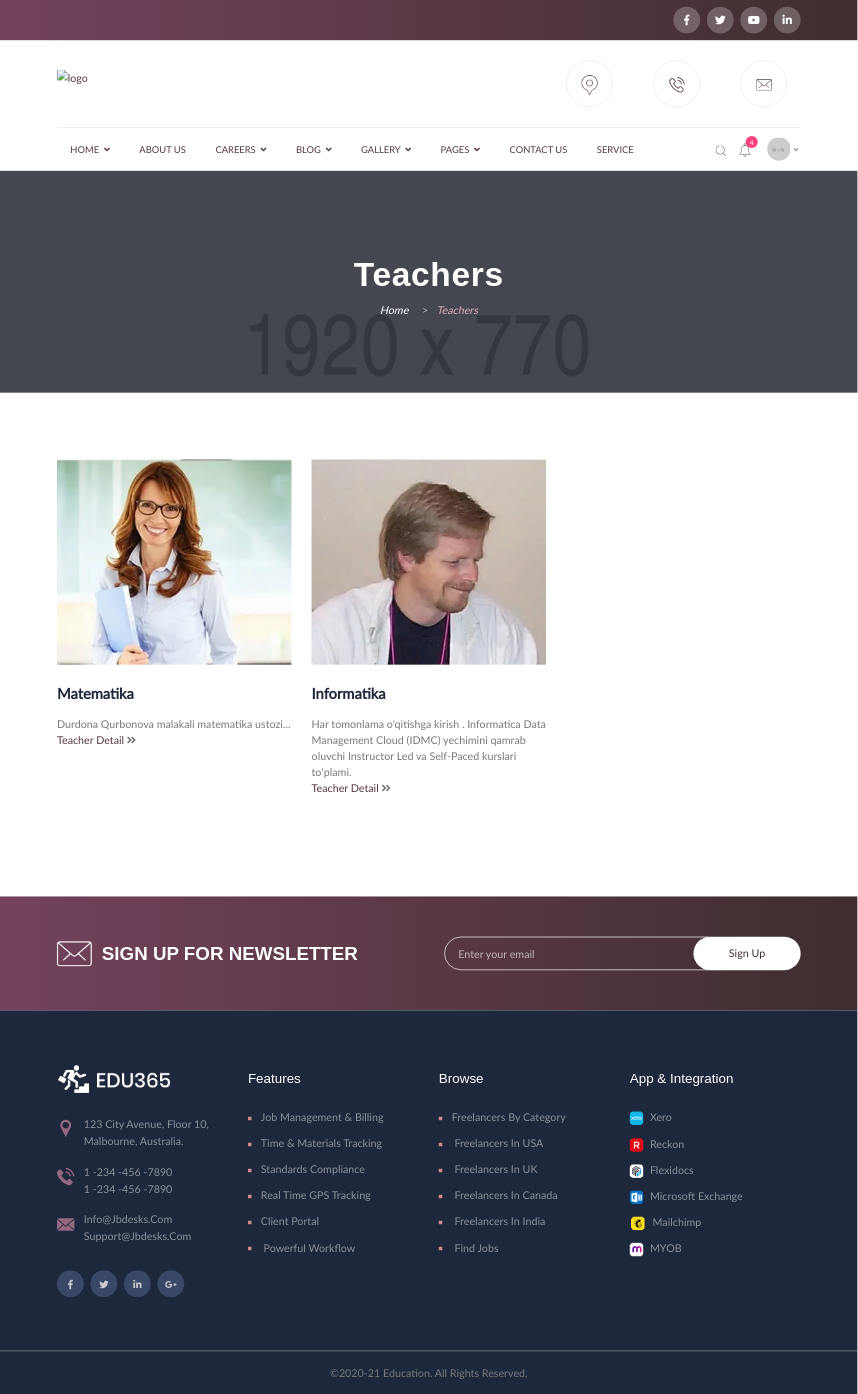
Repository: maqsudov0371/vazifa7oy10dars
Page: http://localhost/teachers/
These files come from the project's save history. The page is drawn as it stood at one moment and after a run of saves; the edit follows.
The browser window is 1280 px wide. The pictures show the whole page, at 67% of full size.
Some web fonts or font styles are not loaded; a fallback is used. The page is served by the project's application, run on Django 4.2 (manage.py). Other server files are loaded and not shown. The page reads the database file committed with the project.

Above is the page before, as saved 2024-09-11 19:54:55.
Console error: TypeError: Cannot read properties of undefined (reading 'left')

### main/templates/main/teachers.html
{% extends 'base.html' %}

{% block slider %}
{% endblock slider %}

{% block content %}
    <!-- inner header wrapper start -->
    <div class="page_title_section float_left">
        <div class="page_header">
            <div class="container">
                <div class="row">
                    <!-- section_heading start -->
                    <div class="col-lg-12 col-md-12 col-12 col-sm-12">
                        <h1>Teachers</h1>
                    </div>
                    <div class="col-lg-12 col-md-12 col-12 col-sm-12">
                        <div class="sub_title_section">
                            <ul class="sub_title">
                                <li><a href="{% url 'main:home' %}">Home</a> &nbsp;&nbsp;&nbsp; &gt; &nbsp;&nbsp;</li>
                                <li>Teachers</li>
                            </ul>
                        </div>
                    </div>
                </div>
            </div>
        </div>
    </div>
    <!-- inner header wrapper end -->

    <!-- blog wrapper start -->
    <div class="blog_wrapper float_left">
        <div class="container">
            <div class="row">
                <div class="col-xl-8 col-lg-8 col-md-12 col-sm-12 col-xs-12">
                    <div class="row">
                        {% for teacher in teachers %}


                        <div class="col-md-6">
                            <div class="blog-post-wrapper iner_blog">
                                <div class="post-thumbnail">
                                    <img src="{{ teacher.image.url }}" class="img-responsive" alt="Image">
                                </div>
                                <div class="blog-content edu_service_header">
                                    <header class="entry-header">
                                        <h4 class="entry-title edu_service_heading">
                                            <a href="#">{{ teacher.title }}</a>
                                        </h4>
                                    </header>
                                    <div class="entry-content">
                                        <p>{{ teacher.description|truncatewords:20 }}</p>
                                    </div>
                                    <a href="{% url 'main:teacher_detail' pk=teacher.pk %}">Teacher Detail</a>
                                    <i class="fa fa-angle-double-right" aria-hidden="true"></i>
                                </div>
                            </div>
                        </div>
                        {% endfor %}
                    </div>
                </div>

                <!-- Sidebar -->

            </div>
        </div>
    </div>
    <!-- blog wrapper end -->

    <!-- edu letter wrapper Start -->
    <div class="edu_letter_main_wrapper float_left">
        <div class="container">
            <div class="edu_left_envo">
                <img src="images/innn.png" alt="img">
                <h3>Sign Up for Newsletter</h3>
            </div>
            <div class="edu_right_form">
                <input type="text" placeholder="Enter your email">
                <button>Sign Up</button>
            </div>
        </div>
    </div>
    <!-- edu letter wrapper End -->
{% endblock content %}

### templates/base.html
<!DOCTYPE html>
<!--
Template Name: Edu365 Education HTML
Version: 1.0.0
Author: Webstrot

-->
<!--[if IE 8]> <html lang="en" class="ie8 no-js"> <![endif]-->
<!--[if IE 9]> <html lang="en" class="ie9 no-js"> <![endif]-->
<!--[if !IE]><!-->
<html lang="zxx">
<!--[endif]-->

<head>
    <meta charset="utf-8" />
    <title>Edu365 Education HTML Template</title>
    <meta content="width=device-width, initial-scale=1.0" name="viewport" />
    <meta name="description" content="Education" />
    <meta name="keywords" content="Education" />
    <meta name="author" content="" />
    <meta name="MobileOptimized" content="320" />
    <!--Template style -->
    {% include 'components/_style.html' %}

</head>

<body>
        <div id="preloader">
        <div id="status">
            <img src="/static/images/preloader.gif" id="preloader_image" alt="loader">
        </div>
    </div>
    <!-- edu top header wrapper Start -->
        {% include 'components/header/_top_header.html' %}
    <!-- edu top header wrapper End -->

    <!-- edu logo header wrapper Start -->
        {% include 'components/header/_logo_header.html' %}
    <!-- edu logo header wrapper End -->

    <!-- edu navihation header wrapper Start -->
        {% include 'components/header/_navihation_header.html' %}
    <!-- edu navihation header wrapper End -->

        <!-- edu slider wrapper Start -->
        {% block slider %}
        {% include 'components/header/_slider.html' %}
        {% endblock slider %}
    <!-- edu slider wrapper End -->

    {% block content %}
    {% endblock content %}

     <!-- footer Wrapper Start -->
    {% include 'components/_footer.html' %}
    <!-- footer Wrapper End -->

    {% include 'components/_script.html' %}

</body>
</html>

### templates/components/_style.html
{% load static %}
<link rel="stylesheet" type="text/css" href="{% static 'css/animate.css' %}" />
<link rel="stylesheet" type="text/css" href="{% static 'css/bootstrap.min.css' %}" />
<link rel="stylesheet" type="text/css" href="{% static 'css/fonts.css' %}" />
<link rel="stylesheet" type="text/css" href="{% static 'css/font-awesome.css' %}" />
<link rel="stylesheet" type="text/css" href="{% static 'css/nice-select.css' %}" />
<link rel="stylesheet" type="text/css" href="{% static 'css/settings.css' %}" />
<link rel="stylesheet" type="text/css" href="{% static 'css/book.css' %}" />
<link rel="stylesheet" type="text/css" href="{% static 'css/swiper.css' %}" />
<link rel="stylesheet" type="text/css" href="{% static 'css/venobox.css' %}" />
<link rel="stylesheet" type="text/css" href="{% static 'css/testimonial.css' %}" />
<link rel="stylesheet" type="text/css" href="{% static 'css/flaticon.css' %}" />
<link rel="stylesheet" type="text/css" href="{% static 'css/owl.carousel.css' %}" />
<link rel="stylesheet" type="text/css" href="{% static 'css/owl.theme.default.css' %}" />
<link rel="stylesheet" type="text/css" href="{% static 'css/settings.css' %}" />
<link rel="stylesheet" type="text/css" href="{% static 'css/layers.css' %}" />
<link rel="stylesheet" type="text/css" href="{% static 'css/navigation.css' %}" />
<link rel="stylesheet" type="text/css" href="{% static 'css/style.css' %}" />
<link rel="stylesheet" type="text/css" href="{% static 'css/responsive.css' %}" />
<!--favicon-->
<link rel="shortcut icon" type="image/png" href="{% static 'images/favicon.png' %}" />

### templates/components/header/_top_header.html
<div class="edu_top_header_wrapper float_left">
        <div class="container">
            <div class="row">
                <div class="col-xl-6 col-lg-6 col-md-6 col-sm-12 col-12">
                    <div class="edu_top_header_left_wrapper">
                        <p>{{ header.message }}</p>
                    </div>
                </div>
                <div class="col-xl-6 col-lg-6 col-md-6 col-sm-12 col-12">
                    <div class="edu_top_header_right_wrapper">
                        <ul>
                            <li><a href=""><i class="fab fa-facebook-f"></i></a>
                            </li>
                            <li><a href="#"><i class="fab fa-twitter"></i></a>
                            </li>
                            <li><a target="_blank" href="https://www.youtube.com/{{ header.youtube }}"><i class="fab fa-youtube"></i></a>
                            </li>
                            <li><a href="#"><i class="fab fa-linkedin-in"></i></a>
                            </li>
                        </ul>
                    </div>
                </div>
            </div>
        </div>
    </div>

### templates/components/header/_logo_header.html
<div class="edu_logo_header_wrapper float_left">
        <div class="container">
            <div class="row">
                <div class="col-md-12">
                    <div class="edu_border_line">
                        <div class="row">
                            <div class="col-md-3">
                                <div class="edu_logo_main_wrapper">
                                    <a href="index.html">
                                        <img src="{{ header.logo.url }}" alt="logo">
                                    </a>
                                </div>
                            </div>
                            <div class="col-md-9 d-none d-sm-none d-md-block">
                                <div class="lv_share_info_wrapper">
                                    <ul>
                                        <li>
                                            <div class="lv_header_icon">
                                                <img src="/static/images/pin.png" alt="Map Icon" title="Map Icon">
                                            </div>
                                            <p>{{ header.address }}</p>
                                        </li>
                                        <li>
                                            <div class="lv_header_icon">
                                                <img src="/static/images/phone.png" alt="Call Icon" title="Call Icon">
                                            </div>
                                            <p>{{ header.phone1 }}
                                                <br>{{ header.phone2 }}</p>
                                        </li>
                                        <li>
                                            <div class="lv_header_icon">
                                                <img src="/static/images/env.png" alt="Mail Icon" title="Mail Icon">
                                            </div>
                                            <p> <a href="#">{{ header.email1 }}</a>
                                                <br> <a href="#">{{ header.email2 }}</a>
                                            </p>
                                        </li>
                                    </ul>
                                </div>
                            </div>
                        </div>
                    </div>
                </div>
            </div>
        </div>
    </div>
    <a id="back2Top" title="Back to top" href="#">&#10148;</a>

### main/models.py
from django.db import models
from django.contrib.auth.models import AbstractUser, User
from django.urls import reverse
from django.core.validators import FileExtensionValidator
from PIL import Image
from django.db import models



# Create your models here.

class User(AbstractUser):
    phone = models.CharField(max_length=13, blank=True,  db_index=True)
    auth_code = models.CharField(max_length=6, blank=True)

    # def get_absolute_url(self):
    #     print(self)
    #     return reverse("main:account", kwargs={"id": self.id})

    def __str__(self) -> str:
        return f"{self.username}"


class Category(models.Model):
    title = models.CharField(max_length=15)

    def __str__(self) -> str:
        return f"{self.title}"


class Tag(models.Model):
    title = models.CharField(max_length=15)

    def __str__(self) -> str:
        return f"{self.title}"




class Course(models.Model):
    LANGUAGES = (
        ('uz', 'O\'zbekcha'),
        ('ru', 'Ruscha'),
        ('en', 'Inglizcha'),
    )
    title = models.CharField(max_length=100)
    slug = models.SlugField(max_length=255, unique=True, blank=True)
    description = models.TextField()
    duration = models.DurationField(blank=True)
    price = models.DecimalField(max_digits=10, decimal_places=2)  # 100.00
    category = models.ForeignKey('Category', on_delete=models.CASCADE, related_name="courses")
    created_at = models.DateTimeField(verbose_name="Boshlanish vaqti")
    updated_at = models.DateTimeField(auto_now=True, verbose_name="Yangilanish vaqti")
    language = models.CharField(max_length=100, blank=True, choices=LANGUAGES)
    rating = models.PositiveBigIntegerField(verbose_name="Rating", default=0)
    image = models.ImageField(upload_to="images", blank=True)
    tags = models.ManyToManyField('Tag', verbose_name="tags")

    class Meta:
        ordering = ['-rating']

    def save(self, *args, **kwargs):
        # Call the parent save method to save the object
        super().save(*args, **kwargs)

        if self.image:
            img = Image.open(self.image.path)

            # Resize the image to 150x220
            img = img.resize((150, 220), Image.ANTIALIAS)
            img.save(self.image.path)


# -------------------------------------------------------------------

class Header(models.Model):
    message = models.CharField(max_length=150)
    facebook = models.CharField(max_length=30)
    twitter = models.CharField(max_length=30)
    youtube = models.CharField(max_length=30)
    linkedin = models.CharField(max_length=30)
    logo = models.ImageField(upload_to="header/logo/")
    address = models.CharField(max_length=150)
    phone1 = models.CharField(max_length=15)
    phone2 = models.CharField(max_length=15)
    email1 = models.EmailField()
    email2 = models.EmailField()

    def __str__(self):
        return f"{self.message}"


class HeaderImage(models.Model):
    service = models.CharField(max_length=100)
    content = models.CharField(max_length=255)
    header = models.ForeignKey(Header, on_delete=models.CASCADE)
    image = models.ImageField(upload_to='header/images/')


class Service(models.Model):
    title = models.CharField(max_length=150)
    content = models.TextField()
    image = models.ImageField(upload_to="service/", help_text="O'lcham: 160x250 px")
    book_image = models.ImageField(upload_to="book/image/", help_text="O'lcham 371x202 px")
    created_at = models.DateTimeField(auto_now_add=True)


class ServiceBook(models.Model):
    service = models.ForeignKey(Service, on_delete=models.PROTECT)
    file = models.FileField(upload_to="book/file/", validators=[
        FileExtensionValidator(allowed_extensions=['pdf', 'doc', 'docx'])
    ])


class Teachers(models.Model):
    title = models.CharField(max_length=255)
    name = models.CharField(max_length=100)
    image = models.ImageField(upload_to="teachers/images/", help_text="O'lcham 372x325 px")
    description = models.TextField()
    age = models.PositiveIntegerField()

### config/urls.py
"""
URL configuration for config project.

The `urlpatterns` list routes URLs to views. For more information please see:
    https://docs.djangoproject.com/en/4.2/topics/http/urls/
Examples:
Function views
    1. Add an import:  from my_app import views
    2. Add a URL to urlpatterns:  path('', views.home, name='home')
Class-based views
    1. Add an import:  from other_app.views import Home
    2. Add a URL to urlpatterns:  path('', Home.as_view(), name='home')
Including another URLconf
    1. Import the include() function: from django.urls import include, path
    2. Add a URL to urlpatterns:  path('blog/', include('blog.urls'))
"""
from django.contrib import admin
from django.urls import path, include
from django.conf import settings
from django.conf.urls.static import static

urlpatterns = [
    path('admin/', admin.site.urls),
    path('', include('main.urls', namespace="main")),
]

urlpatterns += static(settings.MEDIA_URL, document_root=settings.MEDIA_ROOT)

### main/urls.py
from django.urls import path
from .views import (HomePageView, RegisterView, LoginView, CourseDetailView,
                    AddCourseView, UpdateCourseView, ServiceView, ServiceDetailView, TeacherView, TeacherDetailView)

app_name = 'main'

urlpatterns = [
    path('', HomePageView.as_view(), name="home"),
    path('register', RegisterView.as_view(), name="register"),
    path('login', LoginView.as_view(), name="kirish"),
    path('course/<str:slug>', CourseDetailView.as_view(), name="detail"),
    path('add_course', AddCourseView.as_view(), name="add_course"),
    path('course/<int:pk>/edit', UpdateCourseView.as_view(), name="update_course"),
    path('service/', ServiceView.as_view(), name="services"),
    path('service_detail/<int:pk>/', ServiceDetailView.as_view(), name='service_detail'),
    path('teachers/', TeacherView.as_view(), name='teachers'),
   path('teacher/<int:pk>/', TeacherDetailView.as_view(), name='teacher_detail'),

]

### staticfiles/css/flaticon.css
	/*
  	Flaticon icon font: Flaticon
  	Creation date: 03/07/2019 08:55
  	*/

@font-face {
  font-family: "Flaticon";
  src: url("../fonts/Flaticon.eot");
  src: url("../fonts/Flaticon.eot?#iefix") format("embedded-opentype"),
       url("../fonts/Flaticon.woff2") format("woff2"),
       url("../fonts/Flaticon.woff") format("woff"),
       url("../fonts/Flaticon.ttf") format("truetype"),
       url("../fonts/Flaticon.svg#Flaticon") format("svg");
  font-weight: normal;
  font-style: normal;
}

@media screen and (-webkit-min-device-pixel-ratio:0) {
  @font-face {
    font-family: "Flaticon";
    src: url("./Flaticon.svg#Flaticon") format("svg");
  }
}

[class^="flaticon-"]:before, [class*=" flaticon-"]:before,
[class^="flaticon-"]:after, [class*=" flaticon-"]:after {
  font-family: Flaticon;
        font-size: 20px;
font-style: normal;
margin-left: 20px;
}

.flaticon-menu:before { content: "\f100"; }
.flaticon-close-envelope:before { content: "\f101"; }
.flaticon-telephone:before { content: "\f102"; }
.flaticon-map-marker:before { content: "\f103"; }
.flaticon-plus-symbol:before { content: "\f104"; }
.flaticon-left-arrow:before { content: "\f105"; }
.flaticon-right-arrow:before { content: "\f106"; }
.flaticon-notification:before { content: "\f107"; }
.flaticon-college-graduation:before { content: "\f108"; }
.flaticon-books-stack-of-three:before { content: "\f109"; }
.flaticon-classroom:before { content: "\f10a"; }
.flaticon-kids-couple:before { content: "\f10b"; }
.flaticon-file:before { content: "\f10c"; }

### db.sqlite3 (the tables this page reads, as SQL)
CREATE TABLE "main_teachers" ("id" integer NOT NULL PRIMARY KEY AUTOINCREMENT, "title" varchar(255) NOT NULL, "name" varchar(100) NOT NULL, "image" varchar(100) NOT NULL, "description" text NOT NULL, "age" integer unsigned NOT NULL CHECK ("age" >= 0));
INSERT INTO "main_teachers" VALUES
(1, 'Matematika', 'Dildora Qurbonova', 'teachers/images/i_4.webp', 'Durdona Qurbonova malakali matematika ustozi...', 27),
(2, 'informatika', 'Asilbek Alixonov', 'teachers/images/i_7.webp', 'Har tomonlama o''qitishga kirish . Informatica Data Management Cloud (IDMC) yechimini qamrab oluvchi Instructor Led va Self-Paced kurslari toʻplami.', 35);

Loaded but not shown: staticfiles/css/animate.css (library); staticfiles/css/bootstrap.min.css (library); staticfiles/css/font-awesome.css (library); staticfiles/css/nice-select.css (common file); staticfiles/css/settings.css (library); staticfiles/css/swiper.css (library); staticfiles/css/venobox.css (common file); staticfiles/css/owl.carousel.css (library); staticfiles/css/owl.theme.default.css (common file); staticfiles/css/style.css (library); staticfiles/js/jquery-3.3.1.min.js (library); staticfiles/js/bootstrap.min.js (library); staticfiles/js/modernizr.js (library); staticfiles/js/jquery.themepunch.revolution.min.js (library); staticfiles/js/jquery.themepunch.tools.min.js (library); staticfiles/js/jquery.countTo.js (common file); staticfiles/js/jquery.inview.min.js (common file); staticfiles/js/swiper.min.js (library); staticfiles/js/venobox.min.js (library); staticfiles/js/owl.carousel.js (library); staticfiles/js/jquery.menu-aim.js (library); staticfiles/js/jquery.nice-select.min.js (common file); staticfiles/js/revolution.extension.actions.min.js (library); staticfiles/js/revolution.extension.carousel.min.js (library); staticfiles/js/revolution.extension.kenburn.min.js (library); staticfiles/js/revolution.extension.layeranimation.min.js (library); staticfiles/js/revolution.extension.migration.min.js (library); staticfiles/js/revolution.extension.navigation.min.js (library); staticfiles/js/revolution.extension.parallax.min.js (library); staticfiles/js/revolution.extension.slideanims.min.js (library); staticfiles/js/revolution.extension.video.min.js (library); staticfiles/js/custom.js (239 lines, source omitted); staticfiles/js/testimonial.js (106 lines, source omitted); staticfiles/css/layers.css (5805 lines, source omitted); staticfiles/css/navigation.css (2642 lines, source omitted); templates/components/header/_navihation_header.html (606 lines, source omitted); staticfiles/css/book.css (669 lines, source omitted); staticfiles/css/fonts.css (342 lines, source omitted); staticfiles/css/testimonial.css (69 lines, source omitted); templates/components/_script.html (186 lines, source omitted); staticfiles/css/responsive.css (431 lines, source omitted); main/views.py (211 lines, source omitted); templates/components/_footer.html (119 lines, source omitted)

After the next 2 saves:
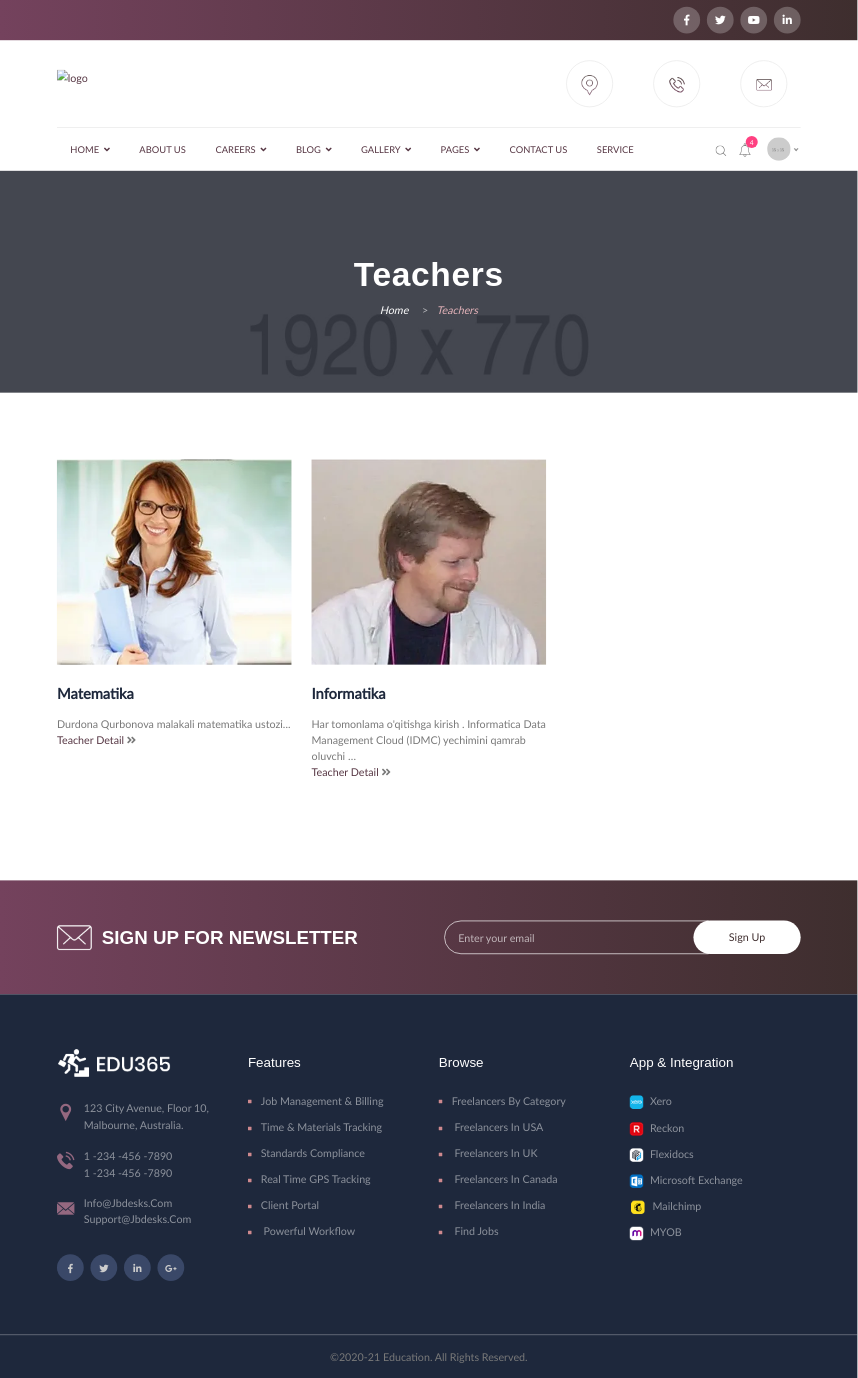
The 2 saves are shown as one change because they came seconds apart.
The last was saved 5 min 24 s later.
--- a/main/templates/main/teachers.html
+++ b/main/templates/main/teachers.html
@@ -48,7 +48,7 @@
                                         </h4>
                                     </header>
                                     <div class="entry-content">
-                                        <p>{{ teacher.description|truncatewords:20 }}</p>
+                                        <p>{{ teacher.description|truncatewords:13 }}</p>
                                     </div>
                                     <a href="{% url 'main:teacher_detail' pk=teacher.pk %}">Teacher Detail</a>
                                     <i class="fa fa-angle-double-right" aria-hidden="true"></i>
